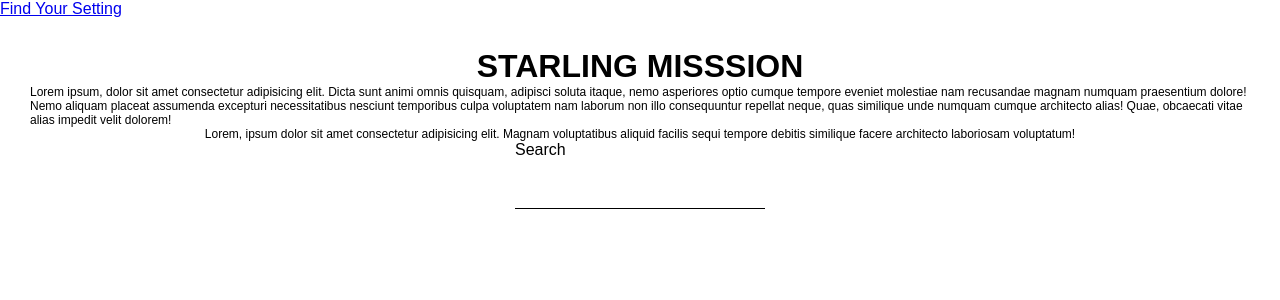
Repository: PJasiczek/vue-shop
Page: /
The author's editor kept a copy of each file at every save. The page is drawn from the files as they stood at one save, then again after the next save.
The browser window is 1280 px wide. The pictures show the whole page.
Some web fonts or font styles are not loaded; a fallback is used. The project was rebuilt for these pictures with package versions that can differ from the ones it lists, and the page was loaded fresh each time.

Above is the page before, as saved 2020-04-06 15:54:08.

### src/App.vue
<template>
  <div class="app">
    <div class="nav">
      <router-link to="/">Find Your Setting</router-link>
    </div>
  <router-view/>
  </div>
</template>

<style lang="scss">
  @import url('https://fonts.googleapis.com/css2?family=Baloo+Thambi+2:wght@400;500;600;700;800&display=swap');

  *{
    margin: 0;
    padding: 0;
    box-sizing: border-box;
  }

  body{
    font-family: 'Baloo Thambi 2', sans-serif;
  }
</style>

### src/router/index.js
import Vue from 'vue';
import VueRouter from 'vue-router';
import Search from '../views/Search.vue';

Vue.use(VueRouter);

const routes = [
  {
    path: '/',
    name: 'Search',
    component: Search,
  },
];

const router = new VueRouter({
  routes,
});

export default router;

### src/views/Search.vue
<template>
  <div class="wrapper">
    <Claim/>
    <SearchInput/>
  </div>
</template>

<script>

import debounce from 'lodash/debounce';

import Claim from '@/components/Claim.vue';

import SearchInput from '@/components/SearchInput.vue';

const axios = require('axios');

const API = 'https://api.spacexdata.com/v3/launches?rocket_name=';

export default {
  name: 'Search',
  components: {
    Claim, SearchInput,
  },
  data() {
    return {
      searchValue: '',
      results: [],
    };
  },
  methods: {
    // eslint-disable-next-line
    handleInput: debounce(function() {
      axios.get(`${API}${this.searchValue}`)
        .then((response) => {
          this.results = response.data;
          console.log(response.data);
        }).catch((error) => {
          console.log(error);
        });
    }, 500),
  },
};
</script>

<style lang="scss" scoped>

.wrapper{
  display: flex;
  flex-direction: column;
  justify-content: center;
  align-items: center;
  margin: 0;
  padding: 30px;
  width: 100%;
}

</style>

### src/components/Claim.vue
<template>
  <div class="claimWrapper">
      <h1 class="claim">STARLING MISSSION</h1>
      <p class="subclaim">Lorem ipsum, dolor sit amet consectetur adipisicing elit. Dicta sunt animi omnis quisquam, adipisci soluta itaque, nemo asperiores optio cumque tempore eveniet molestiae nam recusandae magnam numquam praesentium dolore! Nemo aliquam placeat assumenda excepturi necessitatibus nesciunt temporibus culpa voluptatem nam laborum non illo consequuntur repellat neque, quas similique unde numquam cumque architecto alias! Quae, obcaecati vitae alias impedit velit dolorem!</p>
      <p class="subclaim">Lorem, ipsum dolor sit amet consectetur adipisicing elit. Magnam voluptatibus aliquid facilis sequi tempore debitis similique facere architecto laboriosam voluptatum!</p>
  </div>
</template>

<script>
export default {
  name: 'Claim',
};
</script>
<style lang="scss" scoped>

.claimWrapper{
    display: flex;
    flex-direction: column;
    justify-content: center;
    align-items: center;

    .h1{

    }

    .subclaim{
        font-size: 12px;
    }
}

</style>

### src/components/SearchInput.vue
<template>
    <div class="searchWrapper">
      <label for="search">Search</label>
      <input id="search" name="search" v-model="searchValue" @input="handleInput"/>
    </div>
</template>

<script>
export default {
  name: 'SearchInput',
};
</script>
<style lang="scss" scoped>
.searchWrapper{
  display: flex;
  flex-direction: column;
  width: 250px;

  label{
    font-family: sans-serif;
  }

  input{
    height: 50px;
    border: 0;
    border-bottom: 1px solid black;
  }
}
</style>

Loaded but not shown: public/index.html (common file); src/main.js (common file)

After the next save:
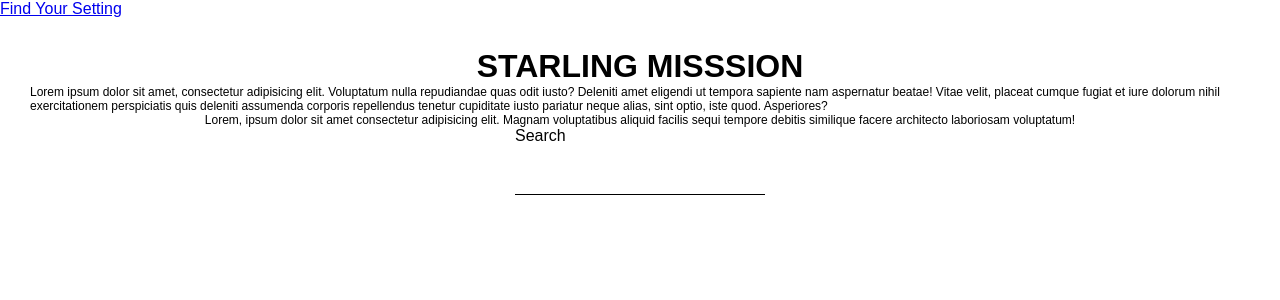
Saved 36 s later.
--- a/src/components/Claim.vue
+++ b/src/components/Claim.vue
@@ -1,7 +1,7 @@
 <template>
   <div class="claimWrapper">
       <h1 class="claim">STARLING MISSSION</h1>
-      <p class="subclaim">Lorem ipsum, dolor sit amet consectetur adipisicing elit. Dicta sunt animi omnis quisquam, adipisci soluta itaque, nemo asperiores optio cumque tempore eveniet molestiae nam recusandae magnam numquam praesentium dolore! Nemo aliquam placeat assumenda excepturi necessitatibus nesciunt temporibus culpa voluptatem nam laborum non illo consequuntur repellat neque, quas similique unde numquam cumque architecto alias! Quae, obcaecati vitae alias impedit velit dolorem!</p>
+      <p class="subclaim">Lorem ipsum dolor sit amet, consectetur adipisicing elit. Voluptatum nulla repudiandae quas odit iusto? Deleniti amet eligendi ut tempora sapiente nam aspernatur beatae! Vitae velit, placeat cumque fugiat et iure dolorum nihil exercitationem perspiciatis quis deleniti assumenda corporis repellendus tenetur cupiditate iusto pariatur neque alias, sint optio, iste quod. Asperiores?</p>
       <p class="subclaim">Lorem, ipsum dolor sit amet consectetur adipisicing elit. Magnam voluptatibus aliquid facilis sequi tempore debitis similique facere architecto laboriosam voluptatum!</p>
   </div>
 </template>
